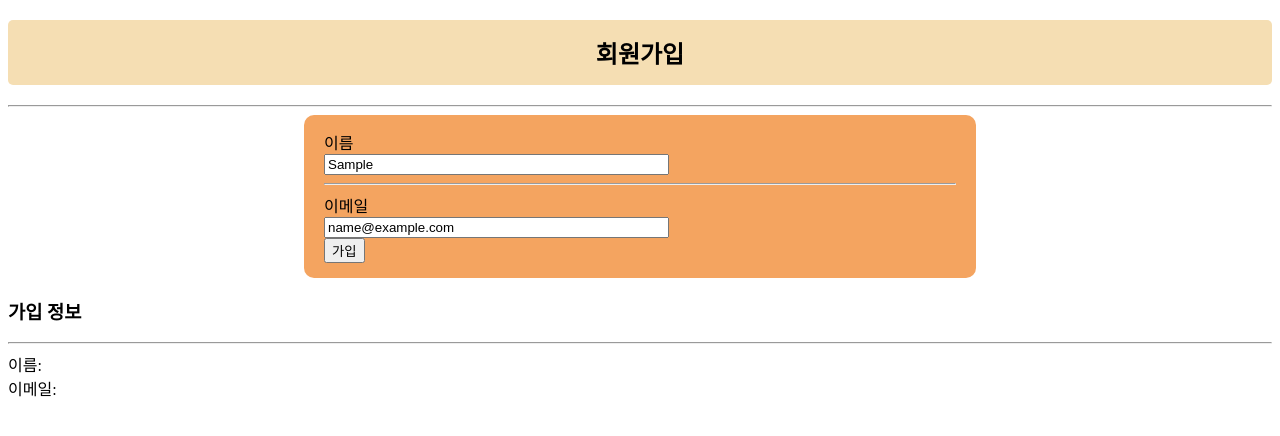
Repository: kimbs95/tomcat
Page: http://localhost/test/NewFile2.jsp
These files come from the project's save history. The page is drawn as it stood at one moment and after the next save; the edit follows.
The browser window is 1280 px wide. The pictures show the whole page.
Empty fields were first filled with sample values (such as "Sample", 5 or name@example.com).
After loading, the first visible `button` was clicked once.
The page is served by Tomcat 9.

Above is the page before, as saved 2022-07-15 09:06:24.
Console error: SyntaxError: Invalid or unexpected token

### test/src/main/webapp/NewFile2.jsp
<%@ page language="java" contentType="text/html; charset=UTF-8"
    pageEncoding="UTF-8"%>
<!DOCTYPE html>
<html>
<head>
<meta charset="UTF-8">
<title>Insert title here</title>

<style>

h2{
border-radius:5px;
background-color: wheat;
text-align: center;
padding : 15px 0;
}


#regform{
padding: 15px 20px;
border-radius : 10px;
margin:auto;
width:50%;
background-color : SandyBrown;

}

</style>
<script>

function signUp() {

	alert("정말로 가입하시겠습니까?");
	document.getElementById("regform").style.display ="none";
	document.getElementById("rname").innerHTML=document.form1.name.value;
	document.getElementById("remail").innerHTML = document.form1.email.value;
	document.getElementById("result").setAttribute("style" , "display:block;
			background-color:Khaki;");


}
</script>

</head>
<body>
<h2>회원가입</h2>
<hr>
<div id="regform">
	<form name ="form1">
	<label>이름</label> <br>
	<input type="text" name="name" size="40"> <br>
	<hr>
	<label>이메일</label> <br>
	<input type="email" name="email" size="40"> <br>
	<button type="button" onClick=signUp()>가입</button>
	</form>
</div>

<div id="result" class="result" >
<h3>가입 정보</h3>
<hr>
이름: <span id="rname"></span> <br>
이메일: <span id="remail"></span> <br>
</div>


</body>
</html>

After the next save:
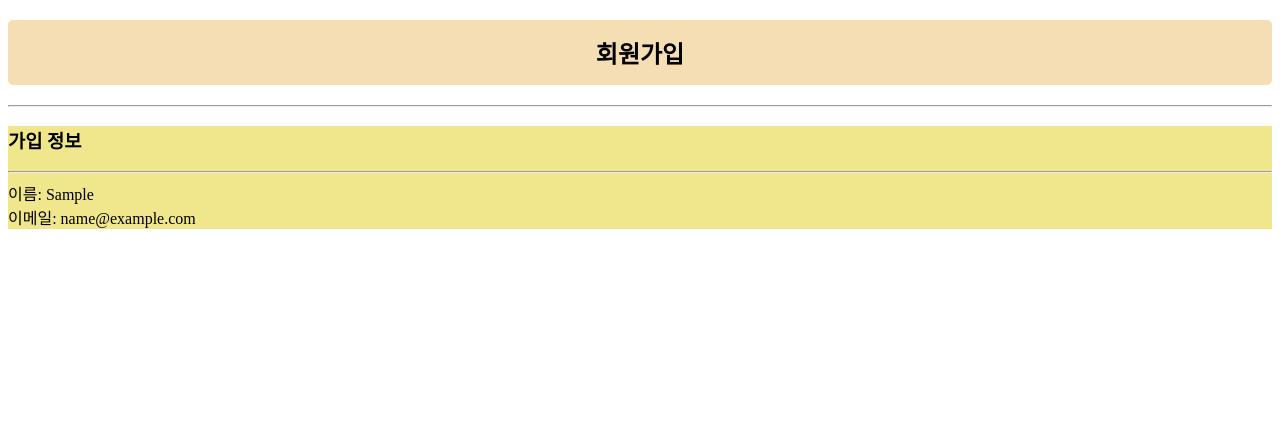
The error is gone.
Saved 5 min 58 s later.
--- a/test/src/main/webapp/NewFile2.jsp
+++ b/test/src/main/webapp/NewFile2.jsp
@@ -34,8 +34,7 @@
 	document.getElementById("regform").style.display ="none";
 	document.getElementById("rname").innerHTML=document.form1.name.value;
 	document.getElementById("remail").innerHTML = document.form1.email.value;
-	document.getElementById("result").setAttribute("style" , "display:block;
-			background-color:Khaki;");
+	document.getElementById("result").setAttribute("style" , "display:block;background-color:Khaki;");
 
 
 }
@@ -52,7 +51,7 @@
 	<hr>
 	<label>이메일</label> <br>
 	<input type="email" name="email" size="40"> <br>
-	<button type="button" onClick=signUp()>가입</button>
+	<button type="button" onClick="signUp()">가입</button>
 	</form>
 </div>
 
